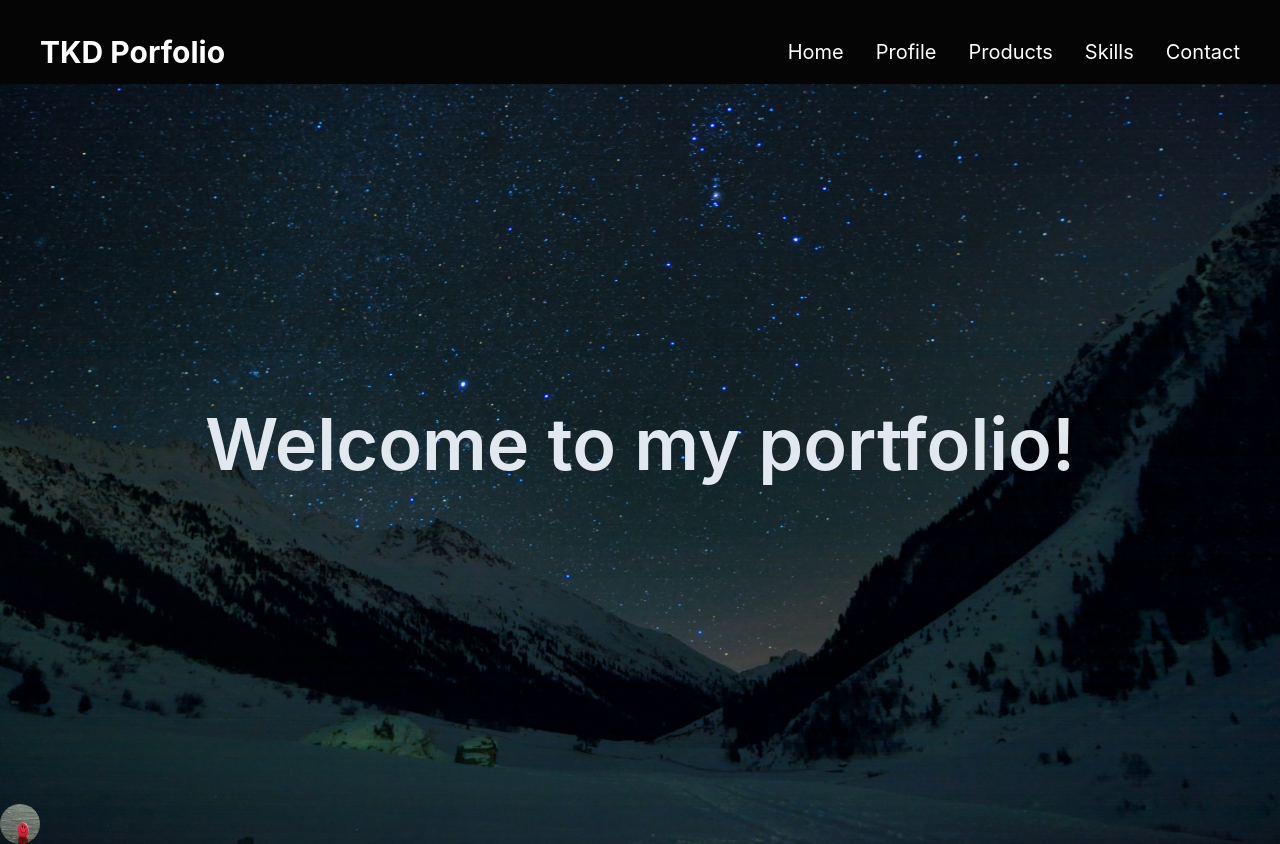
Repository: MitukiTakada/todo-aplication
Page: / (app in design/dev/react-tailwind/react-tailwind/)
These files come from the project's save history. The page is drawn as it stood at one moment and after a run of saves; the edit follows.
The browser window is 1280 px wide. The pictures show the whole page.
The project was rebuilt for these pictures with package versions that can differ from the ones it lists, and the page was loaded fresh each time. Also part of the build but not shown: design/dev/react-tailwind/react-tailwind/src/components/Contact.jsx, design/dev/react-tailwind/react-tailwind/src/components/Products.jsx, design/dev/react-tailwind/react-tailwind/src/components/Profile.jsx, design/dev/react-tailwind/react-tailwind/src/components/Skills.jsx.

Above is the page before, as saved 2022-11-19 14:47:21.

After the next 2 saves:
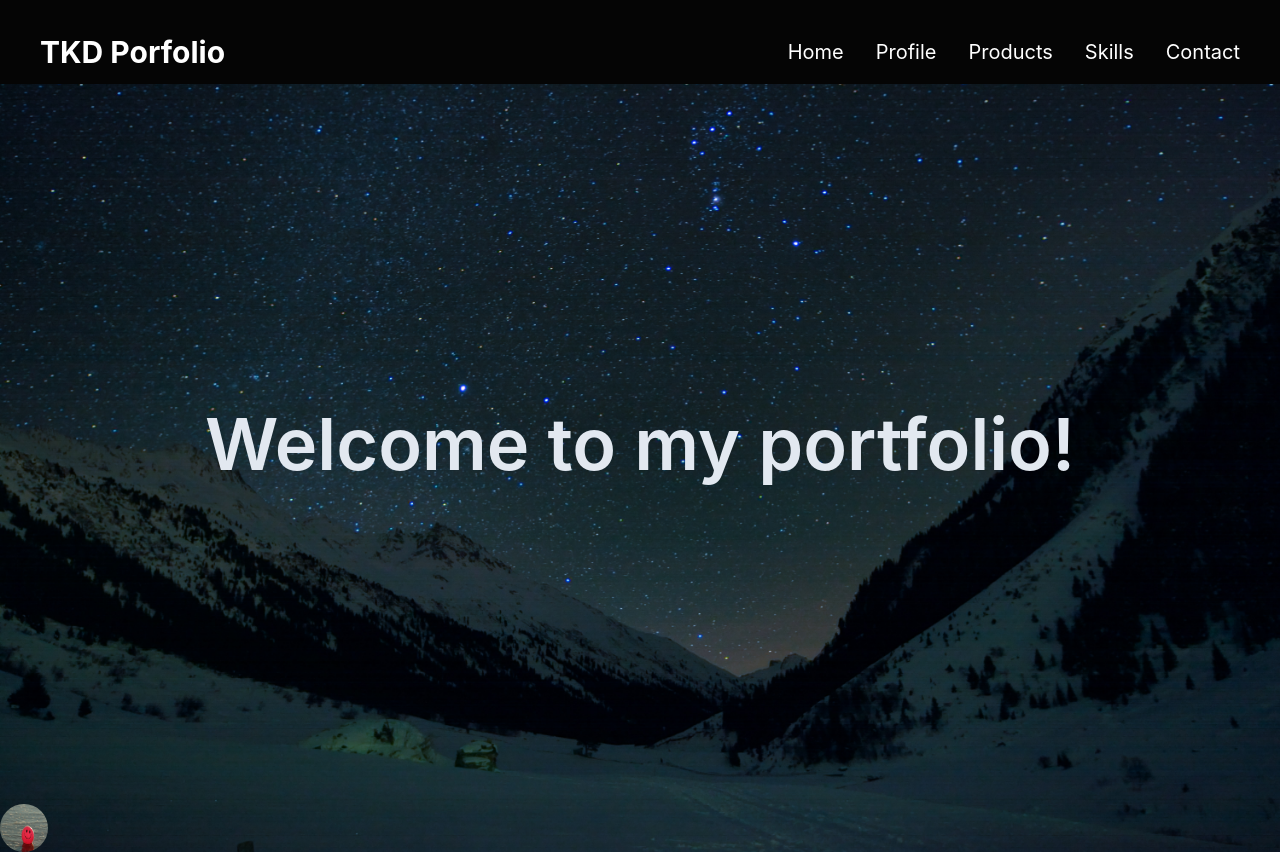
The 2 saves are shown as one change because they came seconds apart.
The last was saved 11 s later.
--- a/design/dev/react-tailwind/react-tailwind/src/components/Home.jsx
+++ b/design/dev/react-tailwind/react-tailwind/src/components/Home.jsx
@@ -10,7 +10,7 @@ const Home = () => {
         <h1 className=" font-semibold text-3xl 100v text-center text-slate-200 lg:text-7xl md:text-5xl">Welcome to my portfolio!</h1>
       </div>
       <div>
-        <img src={userImage} alt="" className="h-10 w-10 rounded-full"/>
+        <img src={userImage} alt="" className="h-12 w-12 rounded-full"/>
         <p></p>
       </div>
     </div>
